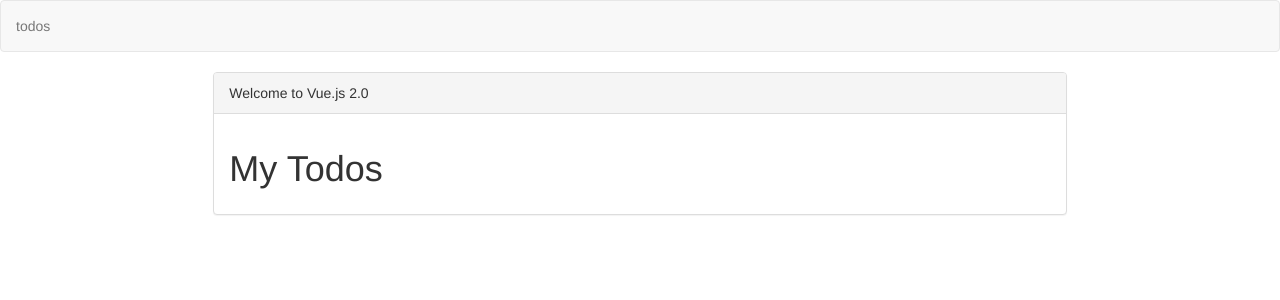
Repository: myr1111/todo
Page: Todoapp/index.html
An editor plug-in stored every save of this project. The page is shown before and after the next save, followed by the edit.
The browser window is 1280 px wide. The pictures show the whole page.

Above is the page before, as saved 2019-04-01 08:09:43.

After the next save:
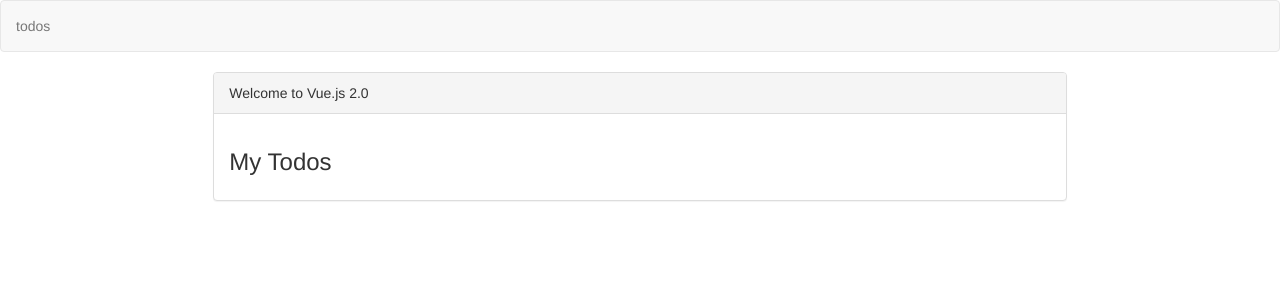
Saved 5 s later.
--- a/Todoapp/index.html
+++ b/Todoapp/index.html
@@ -17,7 +17,7 @@
             <div class="panel panel-default">
                 <div class=" panel-heading">Welcome to Vue.js 2.0</div>
                 <div class="panel-body">
-                    <h1>My Todos</h1>
+                    <h3>My Todos</h3>
                 </div>
             </div>
         </div>
